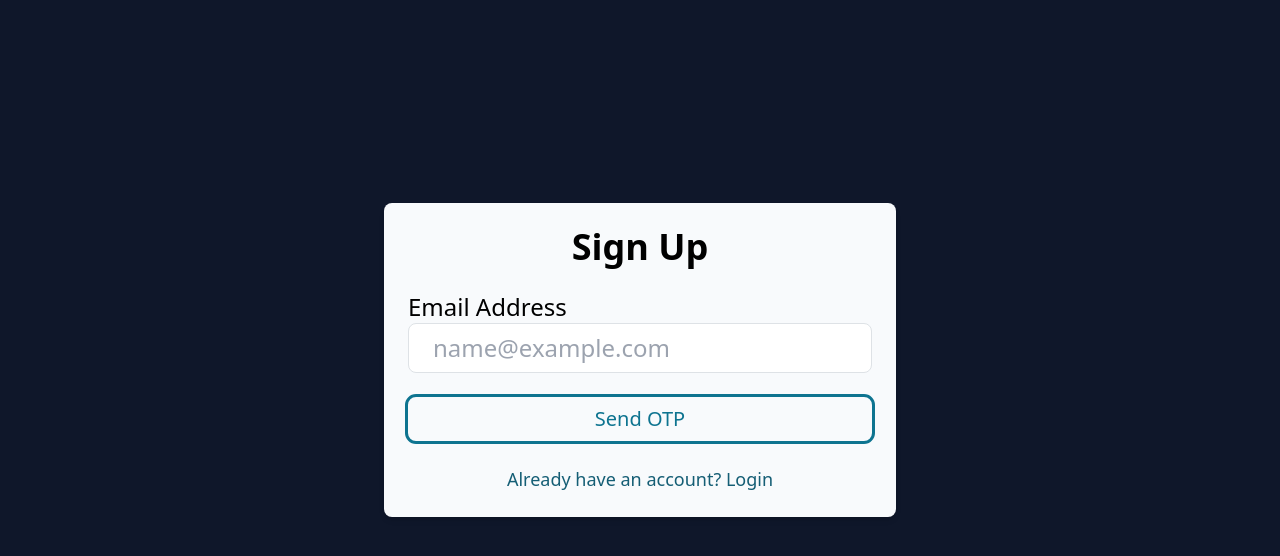
Repository: sayyad-mukthumsa-123/Movie-Verse
Page: /register (app in frontend/)
The author's editor kept a copy of each file at every save. The page is drawn from the files as they stood at one save, then again after the next save.
The browser window is 1280 px wide. The pictures show the whole page.
The page's requests for data from a server got no answer. The project was rebuilt for these pictures with package versions that can differ from the ones it lists, and the page was loaded fresh each time. No one was signed in, and anything a server would have sent is missing. Also part of the build but not shown: frontend/src/pages/Welcome.jsx, frontend/src/components/Logout.jsx, frontend/src/components/Navbar.jsx, frontend/src/components/Cards.jsx, frontend/src/pages/Home.jsx, frontend/src/pages/SignIn.jsx, frontend/src/components/AvatarSelection.jsx, frontend/src/pages/MovieRecommendations.jsx and 17 more.

Above is the page before, as saved 2025-02-18 22:48:12.

### frontend/public/index.html
<!DOCTYPE html>
<html lang="en">

<head>
  <meta charset="utf-8" />
  <link rel="icon" href="%PUBLIC_URL%/favicon.ico" />
  <meta name="viewport" content="width=device-width, initial-scale=1" />
  <meta name="theme-color" content="#000000" />
  <meta name="description" content="Web site created using create-react-app" />
  <link rel="apple-touch-icon" href="%PUBLIC_URL%/logo192.png" />
  <!--
      manifest.json provides metadata used when your web app is installed on a
      user's mobile device or desktop. See https://developers.google.com/web/fundamentals/web-app-manifest/
    -->
  <link rel="manifest" href="%PUBLIC_URL%/manifest.json" />
  <link rel="stylesheet" href="https://cdn.jsdelivr.net/npm/bootstrap@5.3.2/dist/css/bootstrap.min.css"
    integrity="sha384-T3c6CoIi6uLrA9TneNEoa7RxnatzjcDSCmG1MXxSR1GAsXEV/Dwwykc2MPK8M2HN" crossorigin="anonymous" />
  <!--
      Notice the use of %PUBLIC_URL% in the tags above.
      It will be replaced with the URL of the `public` folder during the build.
      Only files inside the `public` folder can be referenced from the HTML.

      Unlike "/favicon.ico" or "favicon.ico", "%PUBLIC_URL%/favicon.ico" will
      work correctly both with client-side routing and a non-root public URL.
      Learn how to configure a non-root public URL by running `npm run build`.
    -->
  <title>MovieVerse</title>
</head>

<body>
  <noscript>You need to enable JavaScript to run this app.</noscript>
  <div id="root"></div>
  <!--
      This HTML file is a template.
      If you open it directly in the browser, you will see an empty page.

      You can add webfonts, meta tags, or analytics to this file.
      The build step will place the bundled scripts into the <body> tag.

      To begin the development, run `npm start` or `yarn start`.
      To create a production bundle, use `npm run build` or `yarn build`.
    -->
</body>

</html>

### frontend/src/index.css
/* body {
  margin: 0;
  font-family: -apple-system, BlinkMacSystemFont, 'Segoe UI', 'Roboto', 'Oxygen',
    'Ubuntu', 'Cantarell', 'Fira Sans', 'Droid Sans', 'Helvetica Neue',
    sans-serif;
  -webkit-font-smoothing: antialiased;
  -moz-osx-font-smoothing: grayscale;
}

code {
  font-family: source-code-pro, Menlo, Monaco, Consolas, 'Courier New',
    monospace;
} */


/* @tailwind base;
@tailwind components;
@tailwind utilities; */


/* @import "tailwindcss/base";
@import "tailwindcss/components";
@import "tailwindcss/utilities"; */


/* src/index.css */
@tailwind base;
@tailwind components;
@tailwind utilities;

### frontend/src/App.js
import { BrowserRouter, Route, Routes } from "react-router-dom";
import Welcome from "./pages/Welcome";
import Home from "./pages/Home";
import SignIn from "./pages/SignIn";
import SignUp from "./pages/SignUp";
import Details from "./pages/MovieDetail";
import MovieSearch from "./pages/MovieSearch";
import PopularMovies from "./pages/PopularMovies";
import TrendingMovies from "./pages/TrendingMovies";
import DirectorSearch from "./pages/DirectorSearch";
import HeroSearch from "./pages/HeroSearch";
import HeroineSearch from "./pages/HeroineSearch";
import Search from "./pages/Search";
import GenreSearch from "./pages/GenreSearch";
import LangSearch from "./pages/LangSearch";
import ProtectedRoute from "./components/ProtectedRoute"; // Import ProtectedRoute
import ProfilePage from "./pages/ProfilePage"; // ProfilePage component
import UpdateProfile from "./pages/UpdateProfile";
import ResetPassword from "./components/ResetPassword";
import ReviewRating from "./pages/ReviewRating";
import ContactUs from "./pages/ContactUs";
import MovieDetail from "./pages/MovieDetail";


const App = () => {
  return (
    <div className="App">

      <BrowserRouter>
        <Routes>

          <Route path="/" element={<Welcome />} />
          <Route path="/register" element={<SignUp />} />
          <Route path="/login" element={<SignIn />} />


          <Route
            path="/home_login"
            element={
              <ProtectedRoute>
                <Home />
              </ProtectedRoute>
            }
          />
          <Route
            path="/details"
            element={
              <ProtectedRoute>
                <Details />
              </ProtectedRoute>
            }
          />
          <Route
            path="/popular"
            element={
              <ProtectedRoute>
                <PopularMovies />
              </ProtectedRoute>
            }
          />
          <Route
            path="/trending"
            element={
              <ProtectedRoute>
                <TrendingMovies />
              </ProtectedRoute>
            }
          />
          <Route
            path="/search/movie"
            element={
              <ProtectedRoute>
                <MovieSearch />
              </ProtectedRoute>
            }
          />
          <Route
            path="/search/director"
            element={
              <ProtectedRoute>
                <DirectorSearch />
              </ProtectedRoute>
            }
          />
          <Route
            path="/search/hero"
            element={
              <ProtectedRoute>
                <HeroSearch />
              </ProtectedRoute>
            }
          />
          <Route
            path="/search/heroine"
            element={
              <ProtectedRoute>
                <HeroineSearch />
              </ProtectedRoute>
            }
          />
          <Route
            path="/search/genre"
            element={
              <ProtectedRoute>
                <GenreSearch />
              </ProtectedRoute>
            }
          />
          <Route
            path="/search/lang"
            element={
              <ProtectedRoute>
                <LangSearch />
              </ProtectedRoute>
            }
          />
          <Route
            path="/search"
            element={
              <ProtectedRoute>
                <Search />
              </ProtectedRoute>
            }
          />
          <Route
            path="/movie/:id"
            element={
              <ProtectedRoute>
                <Details />
              </ProtectedRoute>
            }
          />
          <Route path="api/profile/:email" element={
            <ProtectedRoute>
              <ProfilePage />
            </ProtectedRoute>}
          />
          <Route path="/update-profile/:email" element={
            <ProtectedRoute>
              <UpdateProfile />
            </ProtectedRoute>}
          />
          <Route path="/profile/:email" element={
            <ProtectedRoute><ProfilePage />
            </ProtectedRoute>} />
          <Route path="/reset-password/:email" element={

            <ResetPassword />

          }
          />


          {/* Movie review and rating route */}

          <Route path="/movie/:movieId/review-rating" element={
            <ProtectedRoute><ReviewRating />
            </ProtectedRoute>} />



          <Route path="/contact" element={
            <ProtectedRoute><ContactUs />
            </ProtectedRoute>} />

        </Routes>

      </BrowserRouter>
    </div>
  );
};

export default App;

### frontend/src/pages/SignUp.jsx
import React, { useEffect, useState } from "react";
import { Link, useNavigate } from "react-router-dom";
import { ToastContainer, toast } from "react-toastify";
import "react-toastify/dist/ReactToastify.css";
import { FaEye, FaEyeSlash } from "react-icons/fa";
import AvatarSelection from "../components/AvatarSelection";

const SignUp = () => {
  const [step, setStep] = useState(1);
  const [email, setEmail] = useState("");
  const [otp, setOtp] = useState("");
  const [otpSent, setOtpSent] = useState(false);
  const [isOtpVerified, setIsOtpVerified] = useState(false);
  const [username, setUsername] = useState("");
  const [password, setPassword] = useState("");
  const [confirmPassword, setConfirmPassword] = useState("");
  const [passwordVisible, setPasswordVisible] = useState(false);
  const [confirmPasswordVisible, setConfirmPasswordVisible] = useState(false);
  const [selectedAvatar, setSelectedAvatar] = useState(null);
  const navigate = useNavigate();

  useEffect(() => {
    const token = localStorage.getItem("token");
    /////see once
    if (token) {
      navigate("/home_login"); // Redirect if already logged in
    }
  }, [navigate]);

  // Validate email format
  const isValidEmail = (email) => {
    const regex = /^[a-zA-Z0-9._-]+@[a-zA-Z0-9.-]+\.[a-zAZ]{2,4}$/;
    return regex.test(email);
  };

  // Send OTP to user's email
  const sendOtp = async () => {
    if (!isValidEmail(email)) {
      toast.error("Please enter a valid email address.");
      return;
    }

    try {
      const response = await fetch("http://localhost:5000/send-otp", {
        method: "POST",
        headers: { "Content-Type": "application/json" },
        body: JSON.stringify({ email }),
      });

      const data = await response.json();
      if (response.ok) {
        toast.success("OTP sent to your email!");
        setOtpSent(true);
      } else {
        toast.error(data.message || "Error sending OTP.");
      }
    } catch (error) {
      toast.error("An error occurred. Please try again.");
    }
  };


  // Verify OTP entered by the user
  const verifyOtp = async () => {
    try {
      const response = await fetch("http://localhost:5000/verify-otp", {
        method: "POST",
        headers: { "Content-Type": "application/json" },
        body: JSON.stringify({ email, otp }),
      });

      const data = await response.json();
      if (response.ok) {
        toast.success("OTP verified successfully!");
        setIsOtpVerified(true);
        setStep(2); // Move to next step (username/password)
      } else {
        toast.error(data.message || "Invalid OTP.");
      }
    } catch (error) {
      toast.error("An error occurred. Please try again.");
    }
  };

  // Handle form submission for user registration
  const handleSubmit = async (event) => {
    event.preventDefault();

    if (!selectedAvatar) {
      toast.error("Please select an avatar.");
      return;
    }

    if (!username || !password || !confirmPassword) {
      toast.error("Please fill in all fields.");
      return;
    }

    if (password !== confirmPassword) {
      toast.error("Passwords do not match.");
      return;
    }

    try {
      const response = await fetch("http://localhost:5000/register", {
        method: "POST",
        headers: { "Content-Type": "application/json" },
        body: JSON.stringify({
          username,
          email,
          password,
          confirmPassword,
          avatar: selectedAvatar, // Include the avatar selected by the user
        }),
      });

      const data = await response.json();

      if (response.ok) {
        toast.success("Registration successful!");
        setTimeout(() => {
          navigate("/home_login"); // Redirect to login page after successful registration
        }, 2000);
      } else {
        toast.error(data.message || "Registration failed.");
      }
    } catch (error) {
      toast.error("An error occurred. Please try again later.");
    }
  };

  // Toggle password visibility
  const togglePasswordVisibility = () => setPasswordVisible(!passwordVisible);

  // Toggle confirm password visibility
  const toggleConfirmPasswordVisibility = () => setConfirmPasswordVisible(!confirmPasswordVisible);

  return (
    <div className="flex items-center justify-center min-h-screen bg-slate-900">
      <div className="w-full max-w-lg bg-slate-50 rounded-lg shadow-md p-6">
        <h1 className="text-4xl font-bold text-black text-center mb-6">Sign Up</h1>

        {/* Step 1: Email Input and OTP Section */}
        <div className="mb-4">
          <label className="block text-2xl font-medium text-black">Email Address</label>
          <input
            type="email"
            className="w-full text-2xl px-4 py-2 border rounded-lg focus:outline-none focus:ring focus:ring-black"
            placeholder="name@example.com"
            value={email}
            onChange={(e) => setEmail(e.target.value)}
          />
        </div>

        {step === 1 && !otpSent && (
          <>
            <button
              onClick={sendOtp}
              className=" hover:bg-cyan-700 hover:text-white text-cyan-700 outline text-xl py-2 px-4 rounded-lg w-full"
            >
              Send OTP
            </button>

            <div className="mt-4 text-center">
              <Link to="/login" className="text-cyan-800 text-lg">
                Already have an account? Login
              </Link>
            </div>
          </>
        )}

        {otpSent && !isOtpVerified && (
          <>
            <div className="mb-4">
              <label className="block text-xl font-medium text-cyan-800">Enter OTP</label>
              <input
                type="text"
                className="w-full text-2xl px-4 py-2 border rounded-lg focus:outline-none focus:ring focus:ring-cyan-800"
                placeholder="Enter OTP"
                value={otp}
                onChange={(e) => setOtp(e.target.value)}
              />
              <button
                onClick={verifyOtp}
                className="bg-cyan-800 hover:bg-cyan-700 text-white text-xl py-2 px-4 rounded-lg w-full mt-4"
              >
                Verify OTP
              </button>
            </div>

            <div className="mt-4 text-center">
              <Link to="/login" className="text-cyan-800 text-lg">
                Already have an account? Login
              </Link>
            </div>
          </>
        )}

        {/* Step 2: Username and Password Section */}
        {isOtpVerified && step === 2 && (
          <>
            <div className="mb-4">
              <label className="block text-2xl font-medium text-cyan-800">Username</label>
              <input
                type="text"
                className="w-full text-2xl px-4 py-2 border rounded-lg focus:outline-none focus:ring focus:ring-cyan-800"
                placeholder="Enter username"
                value={username}
                onChange={(e) => setUsername(e.target.value)}
              />
            </div>

            <div className="mb-4 relative">
              <label className="block text-2xl font-medium text-cyan-800">Password</label>
              <input
                type={passwordVisible ? "text" : "password"}
                className="w-full text-2xl px-4 py-2 border rounded-lg focus:outline-none focus:ring focus:ring-cyan-800"
                placeholder="Enter password"
                value={password}
                onChange={(e) => setPassword(e.target.value)}
              />
              <button
                onClick={togglePasswordVisibility}
                className="absolute right-4 top-10 text-cyan-800"
              >
                {passwordVisible ? <FaEyeSlash /> : <FaEye />}
              </button>
            </div>

            <div className="mb-4 relative">
              <label className="block text-2xl font-medium text-cyan-800">Confirm Password</label>
              <input
                type={confirmPasswordVisible ? "text" : "password"}
                className="w-full text-2xl px-4 py-2 border rounded-lg focus:outline-none focus:ring focus:ring-cyan-800"
                placeholder="Confirm password"
                value={confirmPassword}
                onChange={(e) => setConfirmPassword(e.target.value)}
              />
              <button
                onClick={toggleConfirmPasswordVisibility}
                className="absolute right-4 top-10 text-cyan-800"
              >
                {confirmPasswordVisible ? <FaEyeSlash /> : <FaEye />}
              </button>
            </div>

            {/* Avatar Selection */}
            <AvatarSelection onSelectAvatar={setSelectedAvatar} />

            <button
              onClick={handleSubmit}
              className="bg-cyan-800 hover:bg-cyan-700 text-white text-xl py-2 px-4 rounded-lg w-full"
            >
              Register
            </button>
          </>
        )}

      </div>

      <ToastContainer />
    </div>
  );
};

export default SignUp;

### frontend/tailwind.config.js
module.exports = {
  content: [
    "./src/**/*.{js,jsx,ts,tsx}", // Include all source files in the frontend
  ],
  theme: {
    extend: {},
  },
  plugins: [],
};

Loaded but not shown: frontend/src/index.js (common file); frontend/src/reportWebVitals.js (common file)

After the next save:
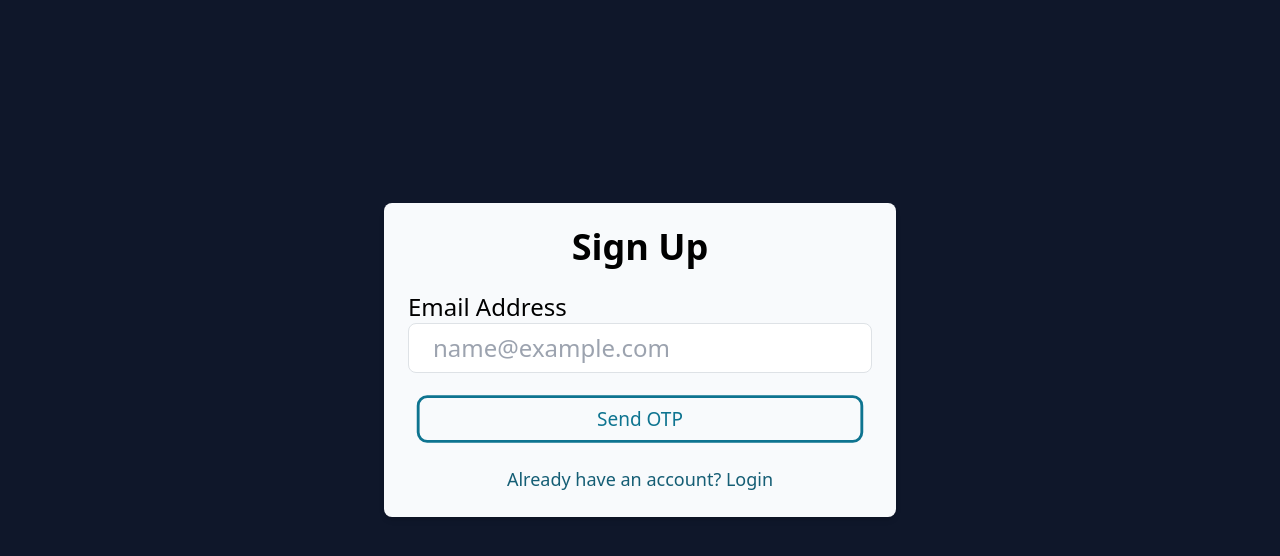
Saved 20 s later.
--- a/frontend/src/pages/SignUp.jsx
+++ b/frontend/src/pages/SignUp.jsx
@@ -156,7 +156,7 @@
           <>
             <button
               onClick={sendOtp}
-              className=" hover:bg-cyan-700 hover:text-white text-cyan-700 outline text-xl py-2 px-4 rounded-lg w-full"
+              className=" hover:bg-cyan-700 scale-95 hover:scale-100 hover:text-white text-cyan-700 outline text-xl py-2 px-4 rounded-lg w-full"
             >
               Send OTP
             </button>
